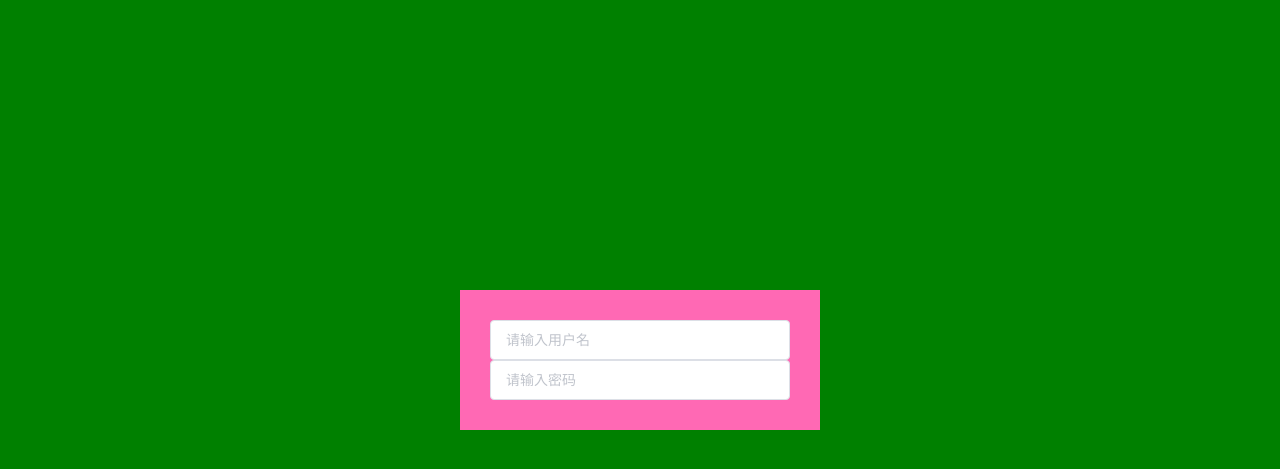
Repository: 385841539/VueStudy
Page: / (app in vue_cli/)
These files come from the project's save history. The page is drawn as it stood at one moment and after the next save; the edit follows.
The browser window is 1280 px wide. The pictures show the whole page.
The project was rebuilt for these pictures with package versions that can differ from the ones it lists, and the page was loaded fresh each time. Also part of the build but not shown: vue_cli/vue.config.js.

Above is the page before, as saved 2022-01-17 14:55:21.
Console error (its wording comes from the project's code and is left out).

### vue_cli/public/index.html
<!DOCTYPE html>
<html lang="">

<head>
  <meta charset="utf-8">
  <meta http-equiv="X-UA-Compatible" content="IE=edge">
  <meta name="viewport" content="width=device-width,initial-scale=1.0">
  <link rel="icon" href="<%= BASE_URL %>favicon.ico">
  <title>
    <%= htmlWebpackPlugin.options.title %>
  </title>
  <style>
    body {

      padding: 0px;
      margin: 0px;
      width: 100%;
      height: 100%;

    }
  </style>
</head>

<body>
  <noscript>
    <strong>We're sorry but <%= htmlWebpackPlugin.options.title %> doesn't work properly without JavaScript enabled.
        Please enable it to continue.</strong>
  </noscript>
  <div id="app"></div>
  <!-- built files will be auto injected -->
</body>

</html>

### vue_cli/src/main.js
import Vue from 'vue'
import App from './App.vue'
import './registerServiceWorker'
import router from './router'
import store from './store'

import ElementUI from 'element-ui';
import 'element-ui/lib/theme-chalk/index.css';
import http from 'axios'

Vue.use(ElementUI);
Vue.prototype.$http = http


Vue.config.productionTip = false

if (process.env.NODE_ENV == 'development') {

  require('@/api/mock')

}

new Vue({
  router,
  store,
  render: h => h(App)
}).$mount('#app')

### vue_cli/src/App.vue
<template>
  <div id="app">
    <!-- <p>这是一个P段落</p>
    <el-button>按钮</el-button>
    <el-button type="info">信息</el-button>
    <el-radio v-model="radio" label="1">备选项1</el-radio>
    <el-radio v-model="radio" label="2">备选项1</el-radio>

    <div>
      <router-link to="/">去home组件</router-link>
      <router-link to="/about">去about组件</router-link>
    </div> -->

    <router-view></router-view>
  </div>
</template>
<script>


export default {
  data() {
    return {
      radio: "1",
    };
  },
};
</script>


<style lang="scss">
#app {
  font-family: Avenir, Helvetica, Arial, sans-serif;
  -webkit-font-smoothing: antialiased;
  -moz-osx-font-smoothing: grayscale;
  text-align: center;
  color: #2c3e50;
}

#nav {
  padding: 30px;

  a {
    font-weight: bold;
    color: #2c3e50;

    &.router-link-exact-active {
      color: #42b983;
    }
  }
}
</style>

### vue_cli/src/router/index.js
import Vue from 'vue'
import VueRouter from 'vue-router'
import Main from '../views/Main.vue'

const originPush = VueRouter.prototype.push

VueRouter.prototype.push = function (location) {

  return originPush.call(this, location).catch(err => err)

}

Vue.use(VueRouter)

const routes = [
  {
    path: '/',
    name: 'main',
    component: Main,
    children: [

      {
        path: "/",
        name: "home",
        component: () => import('@/views/Home/Home')

      },
      {
        path: "/mall",
        name: "mall",
        component: () => import('@/views/Mall/Mall')

      },
      {
        path: "/user",
        name: "user",
        component: () => import('@/views/User/User')

      },
      {
        path: "/other",
        name: "other",
        component: () => import('@/views/Mall/Mall')

      },

    ]
  },
  {
    path: "/login",
    name: "login",
    component: () => import('@/views/Login/Login')

  }
]

const router = new VueRouter({
  mode: 'history',
  base: process.env.BASE_URL,
  routes
})

export default router

### vue_cli/src/store/index.js
import Vue from 'vue'
import Vuex from 'vuex'
import tab from "./tab"

Vue.use(Vuex)

export default new Vuex.Store({
  state: {
  },
  mutations: {
  },
  actions: {
  },
  modules: {
    tab
  }
})

### vue_cli/src/api/mock.js
import Mock from 'mockjs'

import homeApi from './mockServe/home'

Mock.mock('/api/home/getData', homeApi.getStatisticalData )

### vue_cli/src/views/Main.vue
<template>
  <el-container style="height: 100vh">
    <el-aside width="auto">
      <CommonAside></CommonAside>
    </el-aside>
    <el-container>
      <el-header>
        <CommonHeader></CommonHeader>
      </el-header>
      <div><CommonTag></CommonTag></div>
      <el-main>
        <router-view></router-view>
      </el-main>
    </el-container>
  </el-container>
</template>

<script>
// @ is an alias to /src
import CommonAside from "../components/CommonAside.vue";
import CommonHeader from "../components/CommonHeader.vue";
import CommonTag from "../components/CommonTag.vue";

export default {
  name: "main",
  components: {
    CommonAside,
    CommonHeader,
    CommonTag,
  },
  methods: {
    logicLoginState() {
      var userToken = localStorage.getItem("userToken");

      console.log("localToken" + userToken);
      if (!userToken) {
        this.$router.push({ name: "login" });
      }
    },
  },

  mounted() {
    this.logicLoginState();
  },
};
</script>
<style lang='scss' scoped>
.el-container {
  padding: 0px;
  max-width: 100%;
}
.el-aside {
  margin: 0px;
  padding: 0px;
}
.el-header {
  background-color: black;
  width: 100%;
  padding: 0%;
  margin: 0%;
}
.el-main {
  padding: 0px;
  height: 100%;
  width: 100%;
}
.router-view {
  padding: 0px;
  height: 100%;
  width: 100%;
}
</style>

### vue_cli/src/views/Home/Home.vue
<template>
  <div style="margin-left: 10px">
    <el-row :gutter="24">
      <el-col :span="8" style="margin-top: 20px">
        <el-card shadow="hover">
          <div class="user">
            <img :src="userImg" />
            <div class="userInfo">
              <p style="font-size: 30px">Admin</p>
              <p>超级管理员</p>
            </div>
          </div>

          <div class="loginInfo">
            <p>上次登录时间: <span>2021-7-9</span></p>
            <p>上次登录地点: <span>武汉</span></p>
          </div>
        </el-card>
        <el-card style="height: 470px; margin-top: 20px">
          <el-table :data="tableData">
            <el-table-column
              show-overflow-tooltip
              v-for="(value, key) in tableLabel"
              :key="key"
              :prop="key"
              :label="value"
            ></el-table-column>
          </el-table>
        </el-card>
      </el-col>
      <el-col :span="16" style="margin-top: 20px">
        <div class="num">
          <el-card
            shandow="hover"
            v-for="item in countData"
            :key="item.name"
            :body-style="{ display: 'flex', padding: 0 }"
          >
            <i
              class="icon"
              :class="`el-icon-${item.icon}`"
              :style="{ background: item.color }"
            ></i>
            <div class="detail">
              <p class="num">¥{{ item.value }}</p>
              <p class="txt">¥{{ item.name }}</p>
            </div>
          </el-card>
        </div>

        <el-card shadow="hover" style="height: 280px">
          <div style="height: 280px" ref="echart"></div>
        </el-card>

        <div class="graph">
          <el-card shadow="hover">
            <div style="height: 280px" ref="userEchart"></div>
          </el-card>
          <el-card shadow="hover">
            <div style="height: 280px" ref="videoEchart"></div>
          </el-card>

        </div>
      </el-col>
    </el-row>
  </div>
</template>



<script>
import { getMenu, getHome } from "../../api/data";
import * as echarts from "echarts";
// import Echart from "../../components/ECharts.vue";
export default {
  //   components: { Echart },
  data() {
    return {
      userImg: require("../../assets/images/user.png"),
      tableData: [],
      tableLabel: {
        name: "课程",
        todayBuy: "今日购买",
        monthBuy: "月销售额",
        totalBuy: "总购买量",
      },
      countData: [],
      ehcartData: {
        order: {
          legend: {
            // 图例文字颜色
            textStyle: {
              color: "#333",
            },
          },
          grid: {
            left: "20%",
          },
          // 提示框
          tooltip: {
            trigger: "axis",
          },
          xAxis: {
            type: "category", // 类目轴
            data: [],
            axisLine: {
              lineStyle: {
                color: "#17b3a3",
              },
            },
            axisLabel: {
              interval: 0,
              color: "#333",
            },
          },
          yAxis: [
            {
              type: "value",
              axisLine: {
                lineStyle: {
                  color: "#17b3a3",
                },
              },
            },
          ],
          color: [
            "#2ec7c9",
            "#b6a2de",
            "#5ab1ef",
            "#ffb980",
            "#d87a80",
            "#8d98b3",
          ],
          series: [],
        },

        user: {
          legend: {
            // 图例文字颜色
            textStyle: {
              color: "#333",
            },
          },
          grid: {
            left: "20%",
          },
          // 提示框
          tooltip: {
            trigger: "axis",
          },
          xAxis: {
            type: "category", // 类目轴
            data: [],
            axisLine: {
              lineStyle: {
                color: "#17b3a3",
              },
            },
            axisLabel: {
              interval: 0,
              color: "#333",
            },
          },
          yAxis: [
            {
              type: "value",
              axisLine: {
                lineStyle: {
                  color: "#17b3a3",
                },
              },
            },
          ],
          color: [
            "#2ec7c9",
            "#b6a2de",
            "#5ab1ef",
            "#ffb980",
            "#d87a80",
            "#8d98b3",
          ],
          series: [],
        },

        video: {
          tooltip: {
            trigger: "item",
          },
          color: [
            "#0f78f4",
            "#dd536b",
            "#9462e5",
            "#a6a6a6",
            "#e1bb22",
            "#39c362",
            "#3ed1cf",
          ],
          series: [],
        },
      },
    };
  },

  methods: {
    getTableData() {
      getHome().then((res) => {
        console.log(res);
        this.tableData = res.data.tableData;
        this.countData = res.data.countData;

        const order = res.data.orderData;
        this.ehcartData.order.xAxis.data = order.date;
        let keyArrray = Object.keys(order.data[0]);

        keyArrray.forEach((key) => {
          this.ehcartData.order.series.push({
            name: key,
            data: order.data.map((item) => item[key]),
            type: "line",
          });
        });

        const myEchartsOrder = echarts.init(this.$refs.echart);

        myEchartsOrder.setOption(this.ehcartData.order);
        //用户图
        this.ehcartData.user.xAxis.data = res.data.userData.map(
          (item) => item.date
        );

        this.ehcartData.user.series.push({
          name: "新增用户",
          data: res.data.userData.map((item) => item.new),
          type: "bar",
        });
        this.ehcartData.user.series.push({
          name: "活跃用户",
          data: res.data.userData.map((item) => item.active),
          type: "bar",
        });

        const userEcharts = echarts.init(this.$refs.userEchart);
        userEcharts.setOption(this.ehcartData.user);

        this.ehcartData.video.series.push({
          data: res.data.videoData,
          type: "pie",
        });

        const videoEcharts = echarts.init(this.$refs.videoEchart);
        videoEcharts.setOption(this.ehcartData.video);
      });
    },
  },
  mounted() {
    // getMenu().then((res) => {
    //   console.log(res);
    // });
    this.getTableData();
  },
};
</script>


<style  lang="scss" scoped>
// div {
//   background: blue;
//   height: 100%;
//   padding: 0px;
//   margin: 0px;
// }

.user {
  display: flex;
  align-items: center;
  justify-content: space-around;
  border-bottom: 2px solid rgb(194, 189, 189);

  padding-bottom: 20px;
  .userInfo {
    text-align: start;

    p {
      margin: 0px;
    }
  }
  img {
    width: 150px;
    height: 150px;
    border-radius: 50%;
  }
}

.loginInfo {
  // background-color: yellowgreen;
  margin-top: 0px;
  text-align: start;
  padding-left: 20px;

  span {
    margin-left: 50px;
  }
}

.num {
  display: flex;
  flex-wrap: wrap;
  justify-content: space-around;
  margin: 0px;
  .el-card {
    margin: 0px;
    width: 32%;
    margin-bottom: 20px;
    height: 80px;
  }
  .icon {
    font-size: 30px;
    width: 100px;
    height: 80px;
    color: white;
    line-height: 80px;
  }
  .detail {
    display: flex;
    flex-direction: column;
    justify-content: center;
    width: 100%;

    .num {
      font-size: 30px;

      justify-content: center;
    }
    .txt {
      font-size: 14px;
      justify-content: center;
    }
    p {
      margin: 0px;
    }
  }
}
.graph {
  display: flex;
  margin-top: 20px;
  .el-card {
    height: 320px;
    flex: 1;
  }
}
</style>

### vue_cli/src/views/Login/Login.vue
<template>
  <div class="out_login">
    <div class="login">
      <el-input placeholder="请输入用户名" v-model="userNmae"></el-input>
      <el-input
        placeholder="请输入密码"
        v-model="userPassword"
        show-password
      ></el-input>
    </div>
  </div>
</template>

<script>
export default {
  data() {
    return {
      userNmae: null,
      userPassword: null,
    };
  },
};
</script>

<style lang="scss" scoped>
.out_login {

    display: flex;
  height: 100vh;
  background-color: green;

  justify-content: center;

  .login {
    background-color: hotpink;

    align-self: center;

    width: 300px;
    padding: 30px;
  }
}
</style>

### vue_cli/src/store/tab.js
export default {


    state: {

        isCollapse: false,
        currentMenu: null,
        tabLists: [
            {
                path: '/',
                name: 'home',
                label: '首页',
                icon: 'home'

            }

        ]

    },
    mutations: {

        collaspseMenu(state) {
            state.isCollapse = !state.isCollapse

        },
        selectMenu(state, item) {

            console.log("--value---")
            console.log(item)


            if (item.name == "home") {
                state.currentMenu = null;
            } else {
                state.currentMenu = item;


                ///判断目前导航是否已经有了 这个tab
                let result = state.tabLists.findIndex(nowItem => item.name == nowItem.name)


                console.log("result--:" + result)

                result == -1 ? state.tabLists.push(item) : ""

            }


        },



        closeTag(state, item) {

            let result = state.tabLists.findIndex(nowItem => item.name == nowItem.name)


            if (result >= 0) {
                state.tabLists.splice(result, 1)
            }


        }



    }


}

### vue_cli/src/api/mockServe/home.js
// mock数据模拟
import Mock from 'mockjs'

// 图表数据
let List = []
export default {
  getStatisticalData: () => {
    //Mock.Random.float 产生随机数100到8000之间 保留小数 最小0位 最大0位
    for (let i = 0; i < 7; i++) {
      List.push(
        Mock.mock({
          苹果: Mock.Random.float(100, 8000, 0, 0),
          vivo: Mock.Random.float(100, 8000, 0, 0),
          oppo: Mock.Random.float(100, 8000, 0, 0),
          魅族: Mock.Random.float(100, 8000, 0, 0),
          三星: Mock.Random.float(100, 8000, 0, 0),
          小米: Mock.Random.float(100, 8000, 0, 0)
        })
      )
    }
    return {
      code: 200,
      data: {
        // 饼图
        videoData: [
          {
            name: '小米',
            value: 2999
          },
          {
            name: '苹果',
            value: 5999
          },
          {
            name: 'vivo',
            value: 1500
          },
          {
            name: 'oppo',
            value: 1999
          },
          {
            name: '魅族',
            value: 2200
          },
          {
            name: '三星',
            value: 4500
          }
        ],
        // 柱状图
        userData: [
          {
            date: '周一',
            new: 5,
            active: 200
          },
          {
            date: '周二',
            new: 10,
            active: 500
          },
          {
            date: '周三',
            new: 12,
            active: 550
          },
          {
            date: '周四',
            new: 60,
            active: 800
          },
          {
            date: '周五',
            new: 65,
            active: 550
          },
          {
            date: '周六',
            new: 53,
            active: 770
          },
          {
            date: '周日',
            new: 33,
            active: 170
          }
        ],
        // 折线图
        orderData: {
          date: ['20191001', '20191002', '20191003', '20191004', '20191005', '20191006', '20191007'],
          data: List
        },
        tableData: [
          {
            name: 'oppo111',
            todayBuy: 500,
            monthBuy: 3500,
            totalBuy: 22000
          },
          {
            name: 'vivo',
            todayBuy: 300,
            monthBuy: 2200,
            totalBuy: 24000
          },
          {
            name: '苹果',
            todayBuy: 800,
            monthBuy: 4500,
            totalBuy: 65000
          },
          {
            name: '小米',
            todayBuy: 1200,
            monthBuy: 6500,
            totalBuy: 45000
          },
          {
            name: '三星',
            todayBuy: 300,
            monthBuy: 2000,
            totalBuy: 34000
          },
          {
            name: '魅族',
            todayBuy: 350,
            monthBuy: 3000,
            totalBuy: 22000
          }
        ],
        countData: [
        {
          name: "今日支付订单",
          value: 1234,
          icon: "success",
          color: "#2ec7c9",
        },
        {
          name: "今日收藏订单",
          value: 210,
          icon: "star-on",
          color: "#ffb980",
        },
        {
          name: "今日未支付订单",
          value: 1234,
          icon: "s-goods",
          color: "#5ab1ef",
        },
        {
          name: "本月支付订单",
          value: 1234,
          icon: "success",
          color: "#2ec7c9",
        },
        {
          name: "本月收藏订单",
          value: 210,
          icon: "star-on",
          color: "#ffb980",
        },
        {
          name: "本月未支付订单",
          value: 1234,
          icon: "s-goods",
          color: "#5ab1ef",
        },
      ]
      }
    }
  }
}

### vue_cli/src/components/CommonAside.vue
<template>
  <el-menu
    class="el-menu-vertical-demo"
    :collapse="isCollapse"
    background-color="#545c64"
    text-color="#fff"
    active-text-color="#ffd04b"
  >
    <h3>{{ getName }}</h3>

    <el-menu-item
      :index="item.path"
      v-for="item in noChildren"
      :key="item.name"
      @click="clickMenu(item)"
    >
      <i :class="'el-icon-' + item.icon"></i>
      <span slot="title">{{ item.label }}</span>
    </el-menu-item>

    <el-submenu
      :index="item.label"
      v-for="item in hazChildren"
      :key="item.label"
    >
      <div slot="title">
        <i :class="'el-icon-' + item.icon"></i>
        <span>{{ item.label }}</span>
      </div>

      <el-menu-item-group>
        <el-menu-item
          v-for="(subItem, subIndex) in item.children"
          :index="subItem.path"
          :key="subIndex"
        >
          <i :class="'el-icon-' + subItem.icon"></i>
          <span slot="title">{{ subItem.label }}</span>
        </el-menu-item>
      </el-menu-item-group>
    </el-submenu>
  </el-menu>
</template>

<style lang="scss" scoped>
.el-menu-vertical-demo:not(.el-menu--collapse) {
  width: 200px;
  height: 100%;
  min-height: 400px;
}
.el-menu-vertical-demo {
  height: 100%;
}

.el-menu-item {
  justify-content: space-around;
  background-color: tomato;
}
.el-submenu {
  justify-content: space-around;
  background-color: green;
}
</style>


<script>
export default {
  data() {
    return {
      menu: [
        {
          path: "/",
          name: "home",
          label: "首页",
          icon: "s-home",
          url: "Home/Home",
        },
        {
          path: "/mall",
          name: "mall",
          label: "商品管理",
          icon: "video-play",
          url: "MallManage/MallManage",
        },
        {
          path: "/user",
          name: "user",
          label: "用户管理",
          icon: "user",
          url: "UserMange/UserMange",
        },
        {
          label: "其他",
          icon: "location",
          children: [
            {
              path: "/page1",
              name: "page1",
              label: "页面1",
              icon: "setting",
              url: "Other/PageOne",
            },
            {
              path: "/page2",
              name: "page2",
              label: "页面2",
              icon: "setting",
              url: "Other/PageTwo",
            },
          ],
        },
      ],
    };
  },
  methods: {
    clickMenu(item) {
      console.log(item);
      this.$router.push({ name: item.name });
      this.$store.commit("selectMenu", item);
    },
  },
  computed: {
    isCollapse() {
      return this.$store.state.tab.isCollapse;
    },
    getName() {
      if (this.isCollapse) return "后台";

      return "通用后台管理系统";
    },
    noChildren() {
      return this.menu.filter((item) => {
        console.log(item);
        return !item.children;
      });
    },
    hazChildren() {
      return this.menu.filter((item) => item.children);
    },
  },
};
</script>

### vue_cli/src/components/CommonHeader.vue
<template>
  <header>
    <div class="l-content">
      <el-button
        plain
        icon="el-icon-menu"
        size="mini"
        v-on:click="handleMenu"
      ></el-button>

      <el-breadcrumb separator="/">
        <el-breadcrumb-item :to="{ path: '/' }">首页</el-breadcrumb-item>
        <el-breadcrumb-item :to="{ path: currentMenu.path }" v-if="currentMenu">
          {{ currentMenu.label }}
        </el-breadcrumb-item>
      </el-breadcrumb>
    </div>

    <div class="r-content">
      <el-dropdown szie="mini" trigger="click">
        <span>
          <img :src="userImg" class="user" />
        </span>

        <el-dropdown-menu slot="dropdown">
          <el-dropdown-item>个人中心</el-dropdown-item>
          <el-dropdown-item>退出</el-dropdown-item>
        </el-dropdown-menu>
      </el-dropdown>
    </div>
  </header>
</template>



<script>
export default {
  data() {
    return {
      userImg: require("../assets/images/user.png"),
    };
  },

  computed: {
    currentMenu() {
      return this.$store.state.tab.currentMenu;
    },
  },
  methods: {
    handleMenu() {
      this.$store.commit("collaspseMenu");
    },
  },
};
</script>


<style  lang="scss" scoped>
header {
  display: flex;
  height: 100%;
  width: 100%;
  align-items: center;
  justify-content: space-between;
  padding: 0;
  margin: 0;
}

.home-title {
  color: white;
}

.l-content {
  display: flex;
  align-items: center;
  margin-left: 20px;
  .el-button {
    margin-right: 20px;
  }
}

.r-content {
  .user {
    width: 40px;
    height: 40px;
    border-radius: 50%;
    margin-right: 20px;
  }
}
.el-breadcrumb_item {
  .el-breadcrumb_inner {
    color: white;
    font-size: 1000px;
    text-emphasis-color: red;
  }
}
</style>

### vue_cli/src/components/CommonTag.vue
<template>
  <div class="tabs">
    <el-tag
      v-for="(tag, index) in tabLists"
      :key="tag.name"
      size="small"
      :closable="tag.name != 'home'"
      :effect="$route.name === tag.name ? 'dark' : 'plain'"
      @click="changeMenu(tag)"
      @close="handleClose(tag, index)"
      >{{ tag.label }}</el-tag
    >
  </div>
</template>

<script>
export default {
  computed: {
    tabLists() {
      // return [100];
      return this.$store.state.tab.tabLists;
    },
  },
  methods: {
    changeMenu(menu) {
      this.$router.push({ name: menu.name });
      this.$store.commit("selectMenu", menu);

      localStorage.setItem("insuranceCode", JSON.stringify(menu));
      var menu2 = localStorage.getItem("insuranceCode");
      console.log("menu");
      var mapMenu = JSON.parse(menu2);
      console.log(menu2);
      console.log(mapMenu.name);
    },

    handleClose(tag, index) {
      let length = this.tabLists.length - 1;

      console.log("path:" + tag.name);

      this.$store.commit("closeTag", tag);

      if (tag.name != this.$router.name) {
        return;
      }

      if (length == index) {
        this.$router.push({ name: this.tabLists[index - 1].name });
      } else {
        this.$router.push({ name: this.tabLists[index].name });
      }
    },
  },
};
</script>

<style>
.tabs {
  padding: 20px;
  display: flex;
  align-items: flex-start;
  flex-wrap: wrap;
}
.el-tag {
  margin-right: 10px;

  cursor: pointer;
}
</style>

### vue_cli/src/api/data.js
import axios from './axios'

// export const getMenu = () => {
//   return axios.request({
//     url: 'menu',
//     method: 'get'
//   })
// }

export const getHome = () => {
  return axios.request({
    url: '/home/getData',
    method: 'get'
  })
}

export const getUser = (params) => {
  return axios.request({
    url: '/user/getUser',
    method: 'get',
    params
  })
}

export const getMenu = (params) => {
  return axios.request({
    url: '/permission/getMenu',
    method: 'post',
    data: params
  })
}

### vue_cli/src/api/axios.js
// 二次封装axios 拦截器

import axios from 'axios'
import config from '../config/index'
// 设置配置 根据开发 和 生产环境不一样
const baseUrl = process.env.NODE_ENV === 'development' ? config.baseUrl.dev : config.baseUrl.pro
class HttpRequst {
  constructor(baseUrl) {
    this.baseUrl = baseUrl
  }
  getInsideConfig() {
    const config = {
      baseURL: this.baseUrl,
      header: {

      }
    }
    return config
  }
  interceptors(instance) {
    instance.interceptors.request.use(function (config) {
      // 在发送请求之前做些什么
      console.log('拦截处理请求');
      return config;
    }, function (error) {
      // 对请求错误做些什么
      return Promise.reject(error);
    });

    instance.interceptors.response.use(function (response) {
      console.log('处理相应');
      // 对响应数据做点什么
      return response.data;
    }, function (error) {
      console.log(error);
      // 对响应错误做点什么
      return Promise.reject(error);
    });
  }
  // {
  //   baseURL:'/rApi'
  // }
  request(options) {
    // 请求
    // /api/getList  /api/getHome
    const instanse = axios.create()
    // 技巧
    // /api // api1
    options = { ...(this.getInsideConfig()), ...options }
    console.log(options);
    this.interceptors(instanse)
    return instanse(options)
  }
}

export default new HttpRequst(baseUrl)

### vue_cli/src/config/index.js
export default {

    title: "admin",
    baseUrl: {

        //开发环境

        dev: '/api/',
        pro: ''

    }


}

Loaded but not shown: vue_cli/src/registerServiceWorker.js (common file)

After the next save:
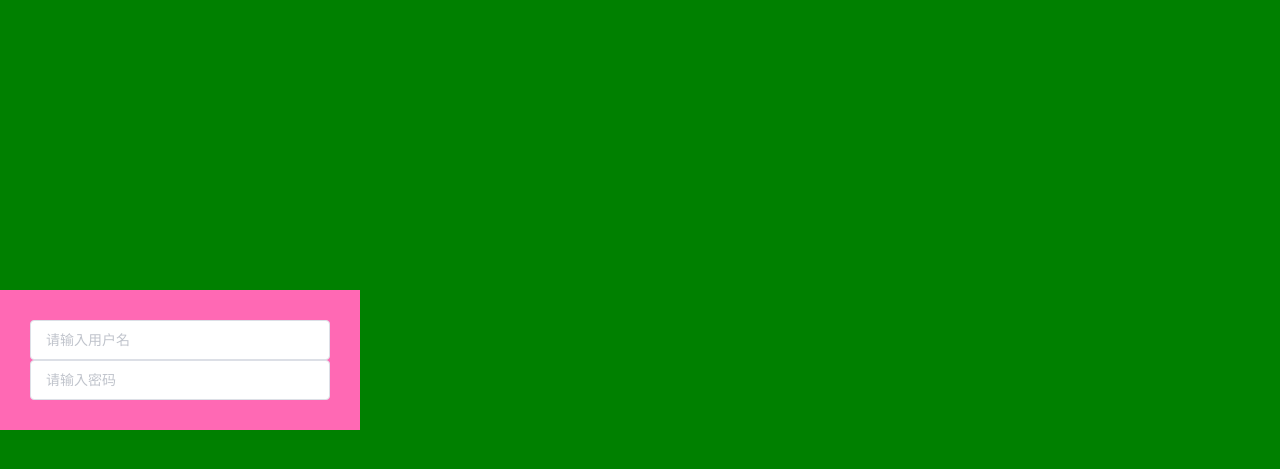
Saved 4 s later.
--- a/vue_cli/src/views/Login/Login.vue
+++ b/vue_cli/src/views/Login/Login.vue
@@ -29,7 +29,7 @@ export default {
   height: 100vh;
   background-color: green;
 
-  justify-content: center;
+//   justify-content: center;
 
   .login {
     background-color: hotpink;
